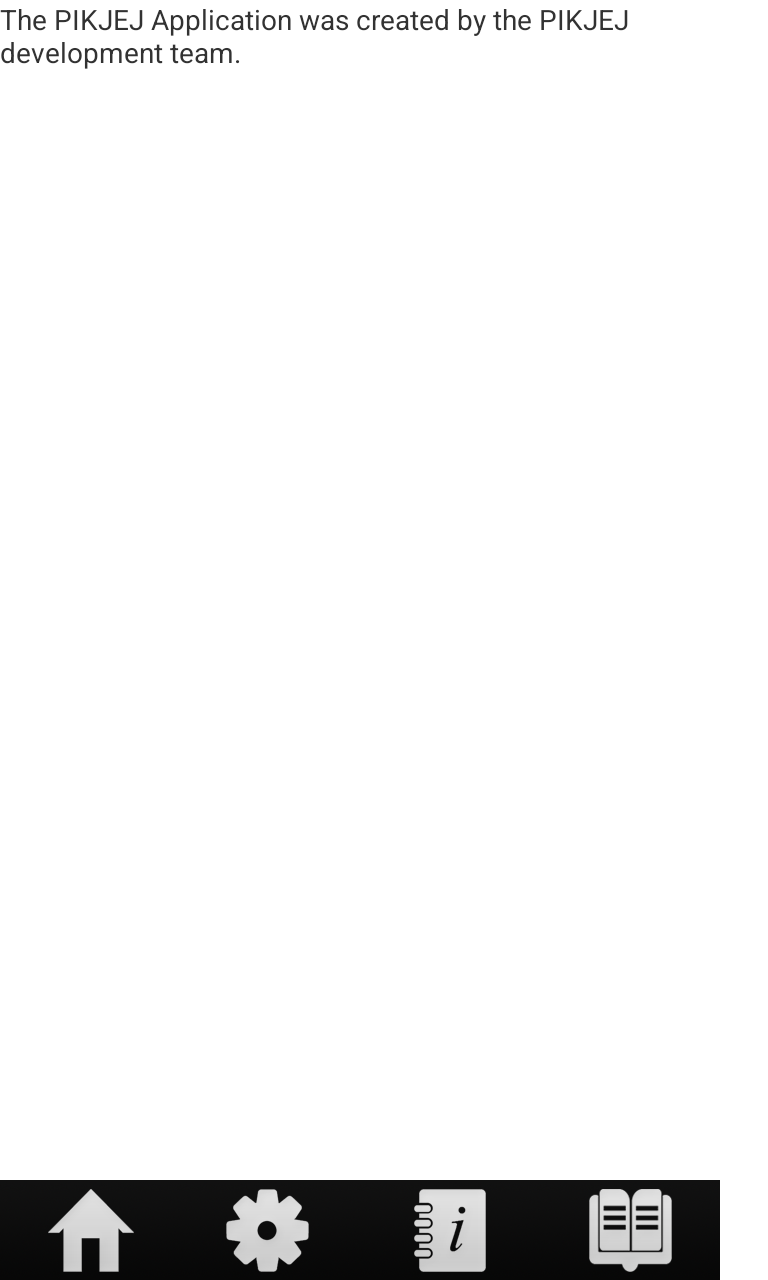
Repository: jo3bolton/PIKJEJ
Layout: PIKJEJ v7/PIKJEJ/res/layout/activity_about.xml
The author's editor kept a copy of each file at every save. The layout is drawn from the files as they stood at one save, then again after the next save.
It is drawn on a 768 x 1280 px phone screen (xhdpi) without system bars, with theme AppTheme; the app's code is not run.

Above is the layout before, as saved 2013-03-23 13:27:09.

### PIKJEJ v7/PIKJEJ/res/layout/activity_about.xml
<RelativeLayout xmlns:android="http://schemas.android.com/apk/res/android"
    xmlns:tools="http://schemas.android.com/tools"
    android:layout_width="match_parent"
    android:layout_height="match_parent"
    android:screenOrientation="portrait"
    tools:context=".About" >

    <ImageButton
        android:id="@+id/home"
        android:layout_width="wrap_content"
        android:layout_height="wrap_content"
        android:layout_alignParentBottom="true"
        android:layout_alignParentLeft="true"
        android:background="@drawable/ic_tab_home_unselected"
        android:onClick="Home" />

    <ImageButton
        android:id="@+id/settings"
        android:layout_width="wrap_content"
        android:layout_height="wrap_content"
        android:layout_alignParentBottom="true"
        android:layout_toRightOf="@+id/home"
        android:background="@drawable/ic_tab_settings_unselected"
        android:onClick="Settings" />

    <ImageButton
        android:id="@+id/about"
        android:layout_width="wrap_content"
        android:layout_height="wrap_content"
        android:layout_alignParentBottom="true"
        android:layout_toRightOf="@+id/settings"
        android:background="@drawable/ic_tab_about_unselected"
        android:onClick="About" />

    <ImageButton
        android:id="@+id/userguide"
        android:layout_width="wrap_content"
        android:layout_height="wrap_content"
        android:layout_alignParentBottom="true"
        android:layout_toRightOf="@+id/about"
        android:background="@drawable/ic_tab_userguide_unselected"
        android:onClick="Userguide" />
<ScrollView
    android:id="@+id/ScrollView1"
        android:layout_width="wrap_content"
        android:layout_height="wrap_content"
        android:layout_above="@+id/settings"
        android:layout_alignParentLeft="true"
        android:layout_alignParentRight="true"
        android:layout_alignParentTop="true">
    <TextView
        android:id="@+id/textView1"
        android:layout_width="wrap_content"
        android:layout_height="wrap_content"
        android:scrollbars="vertical"
        android:text="@string/page_about" />
</ScrollView>
</RelativeLayout>

### PIKJEJ v7/PIKJEJ/res/values/strings.xml
<?xml version="1.0" encoding="utf-8"?>
<resources>

    <string name="app_name">PIKJEJ</string>
    <string name="action_settings">Settings</string>
    <string name="hello_world">Hello world!</string>
    <string name="title_activity_about">About</string>
    <string name="title_activity_alt_travel">AltTravel</string>
    <string name="title_activity_userguide">Userguide</string>
    <string name="title_activity_schedule">Schedule</string>
    <string name="title_activity_settings">Settings</string>
    <string name="title_activity_predictor">Predictor</string>
    <string name="title_activity_terms">Terms</string>
    <string name="title_activity_splash">Splash</string>
    <string name="title_activity_home">Home</string>
    <string name="page_about">The PIKJEJ Application was created by the PIKJEJ development team.</string>

</resources>

Loaded but not shown: PIKJEJ v7/PIKJEJ/res/values/styles.xml (common file); PIKJEJ v7/PIKJEJ/res/values-v11/styles.xml (common file); PIKJEJ v7/PIKJEJ/res/values-v14/styles.xml (common file)

After the next save:
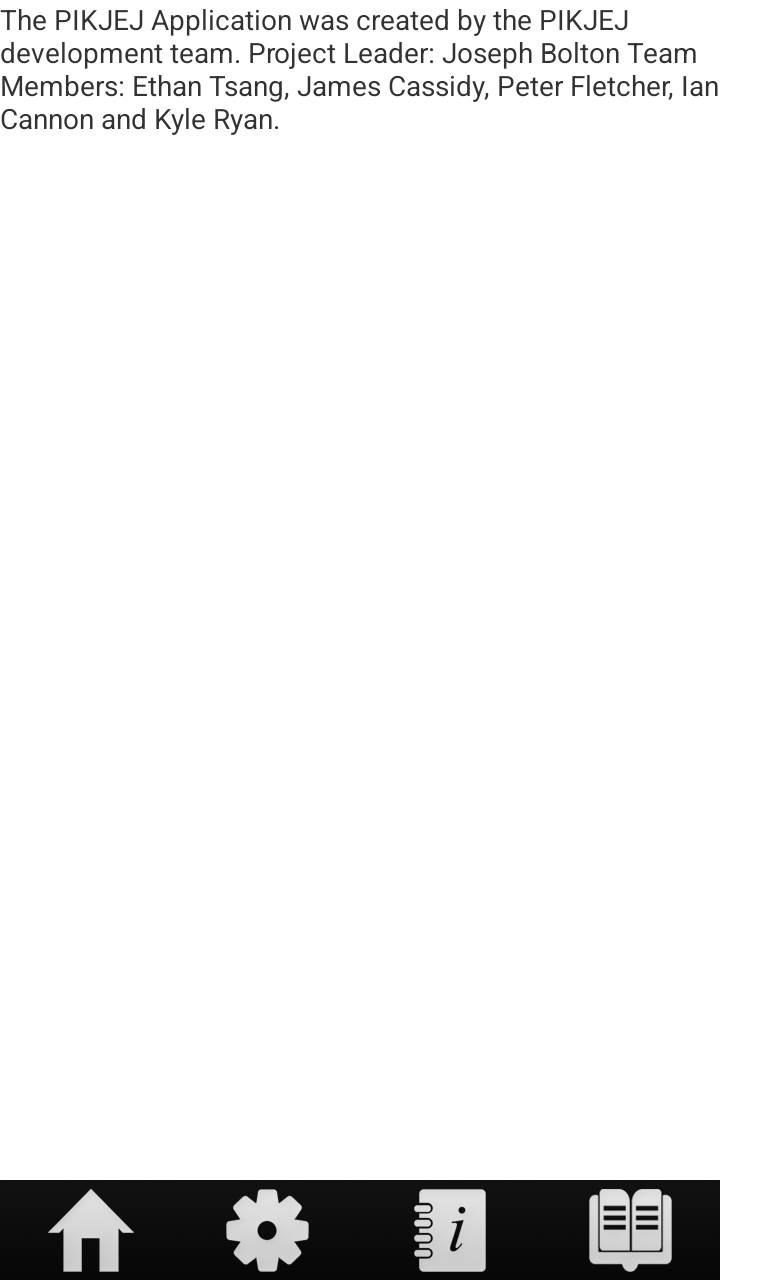
Saved 116 s later.
--- a/PIKJEJ v7/PIKJEJ/res/values/strings.xml
+++ b/PIKJEJ v7/PIKJEJ/res/values/strings.xml
@@ -13,6 +13,6 @@
     <string name="title_activity_terms">Terms</string>
     <string name="title_activity_splash">Splash</string>
     <string name="title_activity_home">Home</string>
-    <string name="page_about">The PIKJEJ Application was created by the PIKJEJ development team.</string>
+    <string name="page_about">The PIKJEJ Application was created by the PIKJEJ development team. Project Leader: Joseph Bolton Team Members: Ethan Tsang, James Cassidy, Peter Fletcher, Ian Cannon and Kyle Ryan.</string>
 
 </resources>
